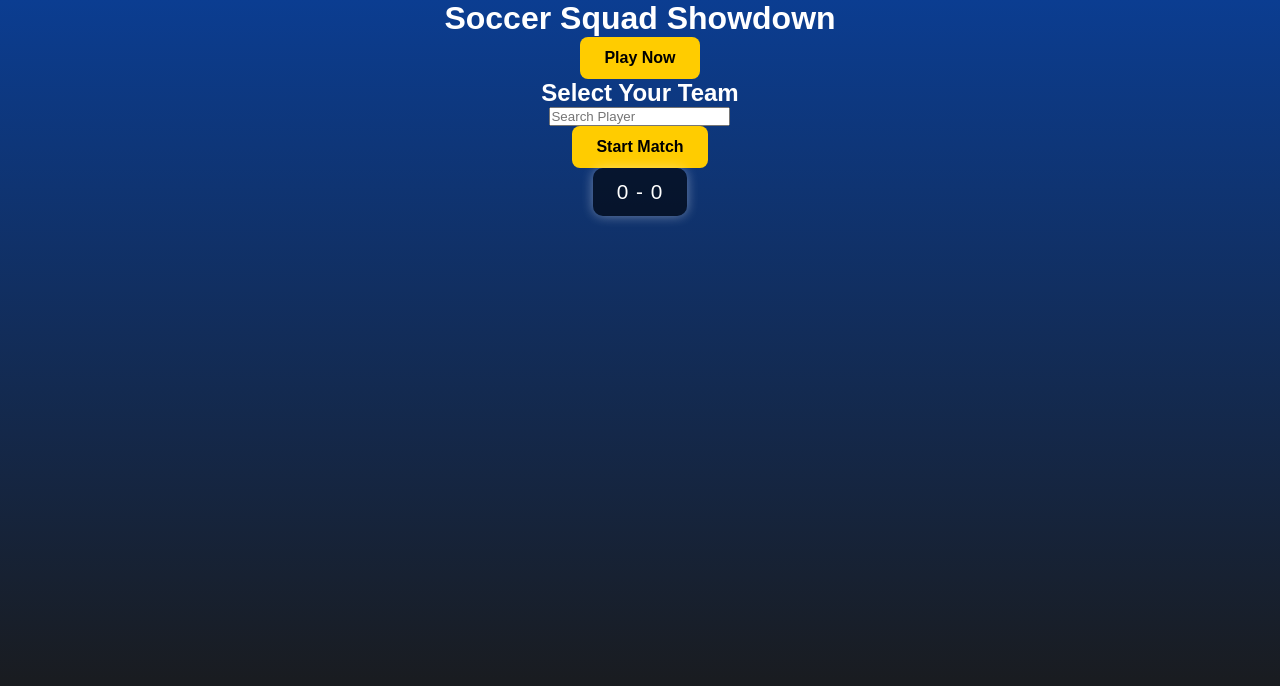
Repository: Manas-Parasar/Soccer-Squad-Showdown
Page: frontend/index.html
These files come from the project's save history. The page is drawn as it stood at one moment and after the next save; the edit follows.
The browser window is 1280 px wide. The pictures show the whole page.

Above is the page before, as saved 2025-09-04 13:18:33.

After the next save:
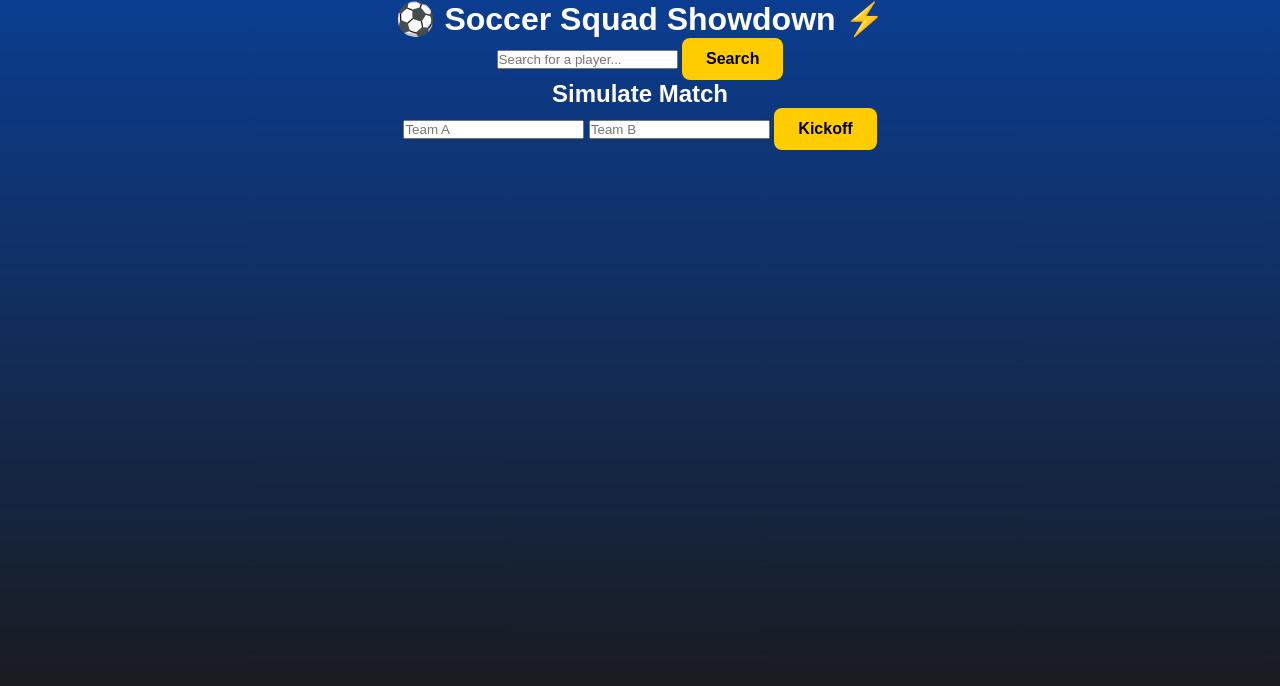
Console error: TypeError: Cannot set properties of null (setting 'onclick')
Saved 61 min 31 s later.
--- a/frontend/index.html
+++ b/frontend/index.html
@@ -2,27 +2,26 @@
 <html lang="en">
   <head>
     <meta charset="UTF-8" />
-    <meta name="viewport" content="width=device-width, initial-scale=1.0" />
     <title>Soccer Squad Showdown</title>
     <link rel="stylesheet" href="styles.css" />
   </head>
   <body>
-    <div class="main-menu">
-      <h1>Soccer Squad Showdown</h1>
-      <button id="playBtn">Play Now</button>
-    </div>
+    <h1>⚽ Soccer Squad Showdown ⚡</h1>
 
-    <div class="player-select hidden">
-      <h2>Select Your Team</h2>
-      <input type="text" id="searchInput" placeholder="Search Player" />
-      <div id="playerList"></div>
-      <button id="startMatchBtn">Start Match</button>
-    </div>
+    <section class="search-section">
+      <input id="searchInput" placeholder="Search for a player..." />
+      <button onclick="searchPlayers()">Search</button>
+    </section>
 
-    <div class="match-field hidden">
-      <div id="field"></div>
-      <div id="scoreboard">0 - 0</div>
-    </div>
+    <section id="players" class="player-grid"></section>
+
+    <section class="match-section">
+      <h2>Simulate Match</h2>
+      <input id="teamA" placeholder="Team A" />
+      <input id="teamB" placeholder="Team B" />
+      <button onclick="simulateMatch()">Kickoff</button>
+      <div id="matchResult"></div>
+    </section>
 
     <script src="script.js"></script>
   </body>
